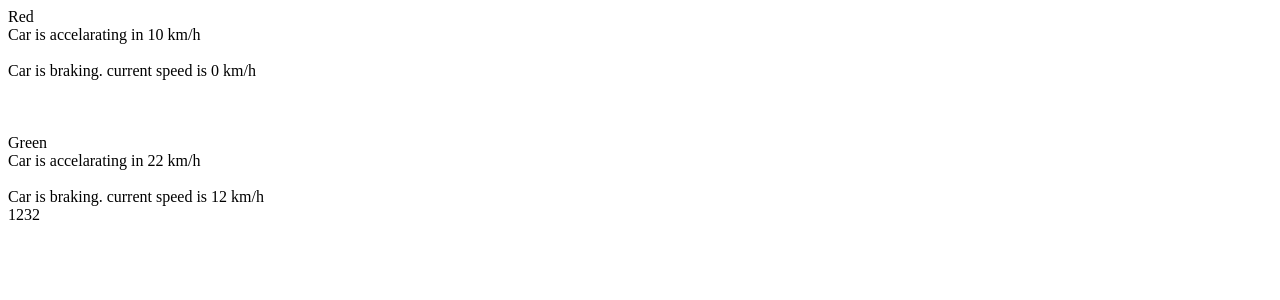
Repository: Aminullah-01/geek-php-laravel-backend-engineering
Page: http://localhost/weeks/week-04-databases-pdo/day1/oop.php
These files come from the project's save history. The page is drawn as it stood at one moment and after a run of saves; the edit follows.
The browser window is 1280 px wide. The pictures show the whole page.
The page is run by PHP 8.4 with error messages shown; the project is at /var/www/html/.

Above is the page before, as saved 2026-02-23 14:38:36.

After the next 2 saves:
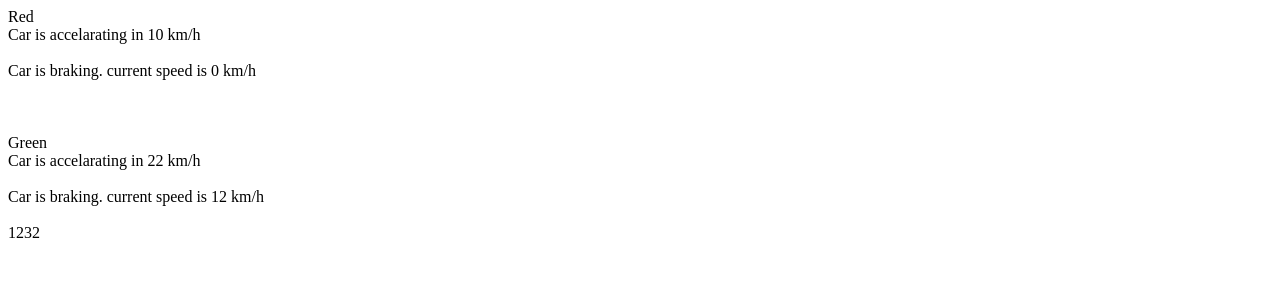
The 2 saves are shown as one change because they came seconds apart.
The last was saved 11 s later.
--- a/weeks/week-04-databases-pdo/day1/oop.php
+++ b/weeks/week-04-databases-pdo/day1/oop.php
@@ -69,5 +69,6 @@ function addTwoNumbers($a, $b){
     return $a + $b;
 }
 
+echo "<br/>";
 echo addTwoNumbers(4, 8);
 echo addTwoNumbers(30, 2);
